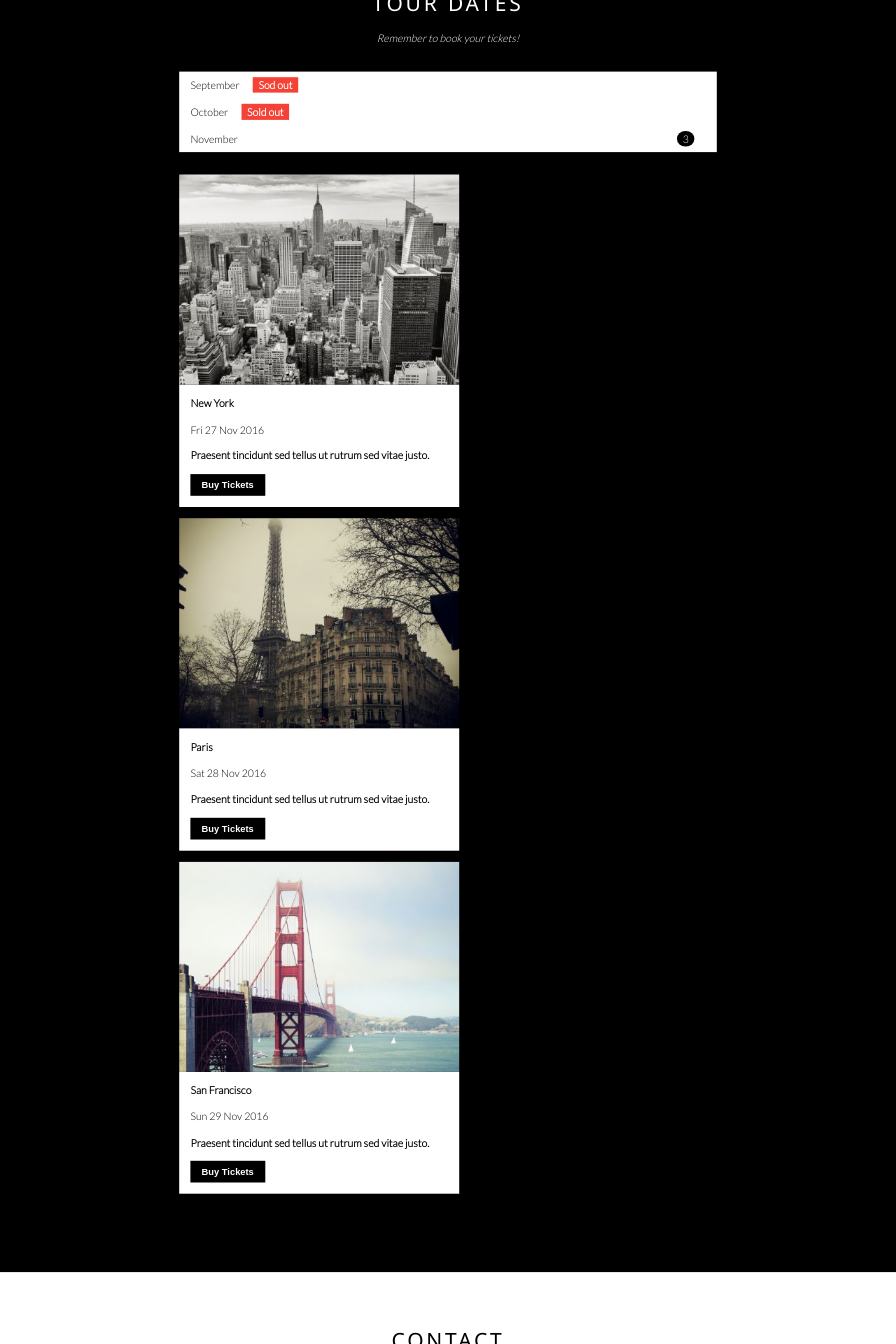
Repository: vanmanhAI/project-03-w3
Page: index.html
These files come from the project's save history. The page is drawn as it stood at one moment and after the next save; the edit follows.
The browser window is 1280 px wide. The pictures show the part of the page from y = 1455 to 3375 px (the page is 3509 px tall before and 2418 px after), at 70% of full size.
Some web libraries are served in a nearby version.

Above is the page before, as saved 2022-07-13 09:58:58.

### index.html
<!DOCTYPE html>
<html lang="en">
<head>
    <meta charset="UTF-8">
    <meta http-equiv="X-UA-Compatible" content="IE=edge">
    <meta name="viewport" content="width=device-width, initial-scale=1.0">
    <title>Document</title>
    <link rel="stylesheet" href="./assets/css/style.css">
    <!-- icons -->
    <link rel="stylesheet" href="https://cdnjs.cloudflare.com/ajax/libs/font-awesome/6.1.1/css/all.min.css" integrity="sha512-KfkfwYDsLkIlwQp6LFnl8zNdLGxu9YAA1QvwINks4PhcElQSvqcyVLLD9aMhXd13uQjoXtEKNosOWaZqXgel0g==" crossorigin="anonymous" referrerpolicy="no-referrer" />
    <!-- font -->
    <link rel="preconnect" href="https://fonts.googleapis.com">
<link rel="preconnect" href="https://fonts.gstatic.com" crossorigin>
<link href="https://fonts.googleapis.com/css2?family=Lato:wght@300&display=swap" rel="stylesheet">
</head>
<body>
    <div id="main">
        <div id="header">
            <ul id="nav">
                <li><a href="#">home</a></li>
                <li><a href="#content-band">band</a></li>
                <li><a href="#content-tour">tour</a></li>
                <li><a href="#">contact</a></li>
                <li>
                    <a href="#">
                        more
                        <i class="fa-solid fa-caret-down subnav-caret"></i>
                    </a>
                    <ul class="subnav">
                        <li><a href="#">merchandise</a></li>
                        <li><a href="#">extras</a></li>
                        <li><a href="#">media</a></li>
                    </ul>
                </li>
            </ul>
            <i class="fa-solid fa-magnifying-glass header-search"></i>
        </div>

        <div id="slider">
            <div class="slider-desc">
                <h3 class="slider-name">chicago</h3>
                <b class="slider-content">Thank you, Chicago - A night we won't forget.</b>
            </div>
        </div>

        <div id="content">
            <div class="content-section" id="content-band">
                <h3 class="section-heading" >the band</h3>
                <p class="section-sub-heading">We love music</p>
                <p class="about">We have created a fictional band website. Lorem ipsum dolor sit amet, consectetur adipiscing elit, sed do eiusmod tempor incididunt ut labore et dolore magna aliqua. Ut enim ad minim veniam, quis nostrud exercitation ullamco laboris nisi ut aliquip ex ea commodo consequat. Duis aute irure dolor in reprehenderit in voluptate velit esse cillum dolore eu fugiat nulla pariatur. Excepteur sint occaecat cupidatat non proident, sunt in culpa qui officia deserunt mollit anim id est laborum consectetur adipiscing elit, sed do eiusmod tempor incididunt ut labore et dolore magna aliqua. Ut enim ad minim veniam, quis nostrud exercitation ullamco laboris nisi ut aliquip ex ea commodo consequat.</p>
                <div class="members-list">
                    <div class="member-item">
                        <p class="member-name">name</p>
                        <img src="./assets/img/Band/member1.jpg" alt="name" class="member-img">
                    </div>
                    <div class="member-item">
                        <p class="member-name">name</p>
                        <img src="./assets/img/Band/member1.jpg" alt="name" class="member-img">
                    </div>
                    <div class="member-item">
                        <p class="member-name">name</p>
                        <img src="./assets/img/Band/member1.jpg" alt="name" class="member-img">
                    </div>
                </div>
            </div>
            <div class="tour-section">
                <div class="content-section" id="content-tour">
                    <h3 class="section-heading text-white">tour dates</h3>
                    <p class="section-sub-heading text-white">Remember to book your tickets!</p>
                    <br>
                    <ul class="tickets-list">
                        <li>September <span class="sold-out">Sod out</span></li>
                        <li>October <span class="sold-out">Sold out</span></li>
                        <li>November <span class="quantity">3</span></li>
                    </ul>
                    <div class="places-list row">
                        <div class="place-item col">
                            <img src="./assets/img/Places/newyork.jpg" alt="New York" class="place-img">
                            <div class="place-body">
                                <h4 class="place-heading">new york</h4>
                                <p class="place-time">Fri 27 Nov 2016</p>
                                <p class="place-desc">Praesent tincidunt sed tellus ut rutrum sed vitae justo.</p>
                                <button class="place-buy-btn js-buy-ticket">Buy Tickets</button>
                            </div>
                        </div>
                        <div class="place-item col">
                            <img src="./assets/img/Places/paris.jpg" alt="Paris" class="place-img">
                            <div class="place-body">
                                <h4 class="place-heading">paris</h4>
                                <p class="place-time">Sat 28 Nov 2016</p>
                                <p class="place-desc">Praesent tincidunt sed tellus ut rutrum sed vitae justo.</p>
                                <button class="place-buy-btn js-buy-ticket">Buy Tickets</button>
                            </div>
                        </div>
                        <div class="place-item col">
                            <img src="./assets/img/Places/sanfran.jpg" alt="San Francisco" class="place-img">
                            <div class="place-body">
                                <h4 class="place-heading">san francisco</h4>
                                <p class="place-time">Sun 29 Nov 2016</p>
                                <p class="place-desc">Praesent tincidunt sed tellus ut rutrum sed vitae justo.</p>
                                <button class="place-buy-btn js-buy-ticket">Buy Tickets</button>
                            </div>
                        </div>
                    </div>
                </div>
            </div>
            <div class="content-section">
                <h3 class="section-heading">contact</h3>
                <p class="section-sub-heading">Fan? Drop a note!</p>

            </div>
        </div>
        <div id="footer"></div>
    </div>
    <div class="modal js-modal">
        <div class="modal-container js-modal-container">
            <div class="modal-header">
                <button class="modal-close js-modal-close">✕</button>
                <h3 class="modal-heading">
                    <i class="fa-solid fa-suitcase modal-bag"></i>
                    Tickets
                </h3>
            </div>
            <div class="modal-body">
                <label for="ticket-quantity" class="modal-label">
                    <i class="fa-solid fa-cart-shopping modal-shopping"></i>
                    Tickets, $15 per person
                </label>
                <input type="text" name="" id="ticket-quantity" placeholder="How many?" class="modal-input">
                <label for="ticket-email" class="modal-label">
                    <i class="fa-solid fa-user modal-user"></i>
                    Send To
                </label>
                <input type="text" name="" id="ticket-email" placeholder="Enter email" class="modal-input">
                <button class="modal-btn-pay">
                    PAY
                    <i class="fa-solid fa-check modal-check"></i>
                </button>
                <button class="modal-btn-close js-modal-close">
                    Close
                    <i class="fa-solid fa-xmark modal-xmark"></i>
                </button>
                <p class="modal-assit">
                    Need
                    <a href="#" class="modal-help">help?</a>
                </p>
            </div>
        </div>
    </div>
    <script>
        const buyBtns = document.querySelectorAll('.js-buy-ticket')
        const modal = document.querySelector('.js-modal')
        const modalCloses = document.querySelectorAll('.js-modal-close')
        const modalContainer = document.querySelector('.js-modal-container')
        modal.addEventListener('click', closeModal)
        modalContainer.addEventListener('click', function (event) {
            event.stopPropagation()
        })
        function closeModal() {
            modal.classList.remove('open')
        }
        function showBuyTicKets() {
            modal.classList.add('open')
        }
        for(const modalClose of modalCloses) {
            modalClose.addEventListener('click', closeModal)
        }
        for(const buyBtn of buyBtns) {
            buyBtn.addEventListener('click',  showBuyTicKets)
        }
    </script>
</body>
</html>

### assets/css/style.css
* {
    padding: 0;
    margin: 0;
    box-sizing: border-box;
}
html {
    font-size: 62.5%;
}
:root {
    --lineheight-nav: 2.25rem;
    --padding-nav: 1.2rem;
}
/* common */
.text-white {
    color: #fff;
}
.row {
    margin-left: -1.6rem;
    margin-right: -1.6rem;
}
.col {
    float: left;
    padding-left: 0.8rem;
    padding-right: 0.8rem;
}
.col-third {
    width: calc(100%/3);
}
/* main */
#main {

}
#header {
    position: fixed;
    z-index: 1;
    top: 0;
    left: 0;
    right: 0;
    background: #000;
    font-size: 1.5rem;
    font-family: 'Lato', sans-serif;
    font-weight: bold;
    line-height: var(--lineheight-nav);
}
#header:after {
    content: "";
    display: block;
    clear: both;
}
#header .header-search {
    color: #fff;
    display: block;
    float: right;
    padding: var(--padding-nav) 2.4rem;
    line-height: var(--lineheight-nav);
    cursor: pointer;
}
#header .header-search:hover {
    background: #f44336
}
#header #nav>li {
    position: relative;
    text-align: center;
    cursor: pointer;
    float: left;
}
#header #nav>li>a {
    display: block;
    padding: var(--padding-nav) 2.4rem;
}
#header #nav>li:last-child:hover .subnav {
    width: 16rem;
}
#header #nav li:hover {
    background: #ccc;
}
#header #nav>li:hover>a {
    color: #000;
}
#nav li {
    list-style-type: none;
    position: relative;
}
#nav li .subnav-caret {
    text-transform: none;
    text-align: center;
}
#nav li a {
    color: #fff;
    text-decoration: none;
    text-transform: uppercase;
}
#nav .subnav {
    position: absolute;
    width: 0;
    overflow: hidden;
    top: 100%;
    left: 0;
    background: #fff;
    color: #000;
    box-shadow: 0 0 4px 0 #ccc;
    transition: width 0.3s linear;
}
#nav .subnav li {
    padding: 0.8rem 1.6rem;
    text-align: left;
    min-width: 16rem;
}
#nav .subnav li a {
    color: #000;
    text-transform: capitalize;
}
#slider {
    position: relative;
    margin-top: calc(var(--lineheight-nav) + 2*var(--padding-nav));
    background: #ccc;
    padding-top: 50%;
    max-height: 100vh;
    background: url('/assets/img/sliders/chicago.jpg') top/cover no-repeat
}
.slider-desc{
    position: absolute;
    bottom: 0;
    left: 50%;
    transform: translatex(-50%);
    color: #fff;
    padding: 3.2rem 1.6rem;
    text-align: center;
    font-size: 1.5rem;
    font-family: 'Lato', sans-serif;

}
.slider-name{
    text-transform: capitalize;
    font-size: 2.4rem;
    line-height: 3.6rem;
    margin: 1rem 0;
}
.slider-content{
    line-height: 1.5;
    font-size: 1.5rem;
}
#content {
    line-height: 1.5;
}
#content .content-section {
    max-width: 80rem;
    margin: 0 auto;
    padding: 6.4rem 1.6rem;
    font-size: 1.5rem;
    font-family: 'Lato', sans-serif;
}
#content .section-heading {
    font-size: 3rem;
    text-transform: uppercase;
    line-height: 4.5rem;
    margin: 1rem 0;
    text-align: center;
    letter-spacing: 0.4rem;
    font-family: "Segoe UI",Arial,sans-serif;
    font-weight: 400;
}
#content .section-sub-heading {
    text-align: center;
    font-style: italic;
    font-weight: 100;
    margin: 1.5rem 0;
}
#content .content-section .about {
    text-align: justify;
    font-weight: bold;
    margin: 1.5rem 0;
    word-spacing: 0.1rem;
}
#content .members-list {
    padding: 3.2rem 0;
    text-align: center;
}
#content .members-list:after {
    content: "";
    display: block;
    clear: both;
}
#content .member-item{
    float: left;
    width: calc(100%/3);
}
#content .members-list .member-name {
    margin: 1.5rem 0;
    text-transform: capitalize;
    font-weight: bold;
}
#content .members-list .member-img{
    width: 60%;
    border-radius: 0.4rem;
    margin: 0 0 1.6rem;
}
#content .tour-section {
    background: #000;
}
#content .tour-section .tickets-list {
    background: #fff;
    list-style-type: none;
}
#content .tickets-list li {
    padding: 0.8rem 1.6rem;
}
#content .tickets-list .sold-out {
    display: inline-block;
    padding: 0 0.8rem;
    color: #fff;
    background: #f44336;
    margin-left: 1.6rem;
    text-align: center;
    font-weight: bold;
}
#content .tickets-list .quantity {
    display: block;
    padding: 0 0.8rem;
    background: #000;
    color: #fff;
    border-radius: 50%;
    float: right;
    margin-right: 1.6rem;
}
#content .places-list {
    padding: 3.2rem 0.8rem;
}
#content .places-list:after {
    content: "";
    display: block;
    clear: both;
}
#content .places-list .place-item {
    padding-bottom: 1.6rem;
}
#content .places-list .place-img {
    width: 100%;
    vertical-align: middle;
}
#content .places-list .place-img:hover {
    opacity: 0.6;
}
#content .places-list .place-body{
    background: #fff;
    padding: 0.015rem 1.6rem;
}
#content .places-list .place-heading{
    margin: 1.5rem 0;
    text-transform: capitalize;
    font-weight: 700;
}
#content .places-list .place-time{
    margin: 1.5rem 0;
}
#content .places-list .place-desc{
    margin: 1.5rem 0;
    font-weight: bold;
}
#content .places-list .place-buy-btn{
    display: inline-block;
    padding: 0.8rem 1.6rem;
    border: none;
    background: #000;
    color: #fff;
    margin-bottom: 1.6rem;
    font-weight: bold;
}
#content .places-list .place-buy-btn:hover {
    background: #ccc;
    color: #000;
}
.modal {
    display: none;
    position: fixed;
    z-index: 3;
    top: 0;
    left: 0;
    right: 0;
    bottom: 0;
    background: rgba(0, 0, 0, 0.4);
    font-size: 1.5rem;
    font-family: "Segoe UI",Arial,sans-serif;
    line-height: 2.25rem;
    padding: 100px 16px;
}
.modal.open {
    display: block;
}
.modal .modal-container {
    position: relative;
    z-index: 2;
    box-shadow: 0 4px 10px rgba(0, 0, 0, 0.4);
    max-width: 900px;
    margin: auto;
}
.modal.open .modal-container {
    animation:  modalFadeIn 0.5s ease;
}
.modal .modal-container .modal-header {
    position: relative;
    color: #fff;
    background: #009688;
    text-align: center;
    padding: 3.2rem 1.6rem;
}
.modal .modal-header .modal-close {
    position: absolute;
    top: 0;
    right: 0;
    line-height: 3.6rem;
    padding: 0.8rem 1.6rem;
    font-size: 1.5rem;
    border: none;
    background: transparent;
}
.modal .modal-header .modal-close:hover {
    background: #ccc;
    color: #000;
}
.modal .modal-header .modal-heading {
    font-weight: 400;
    font-size: 3rem;
    line-height: 4.5rem;
    margin: 1rem 0;
    letter-spacing: 0.4rem;
}
.modal .modal-header .modal-bag{
    font-size: 2.7rem;
}
.modal .modal-container .modal-body {
    padding: 0.015rem 1.6rem;
    background: #fff;
}
.modal-container .modal-body:after {
    content: "";
    display: block;
    clear: both;
}
.modal .modal-body .modal-label {
    display: block;
    margin: 1.5rem 0;
}
.modal .modal-body .modal-input {
    display: block;
    width: 100%;
    border: 1px solid #ccc;
    padding: 8px;
    font-family: "Segoe UI",Arial,sans-serif;
    font-size: 1.5rem;
    line-height: 2.25rem;
}
.modal .modal-container .modal-btn-pay {
    display: block;
    width: 100%;
    border: none;
    margin: 1.6rem 0;
    padding: 1.6rem;
    background: #009688;
    color: #fff;
    text-align: center;
}
.modal .modal-container .modal-btn-pay:hover {
    background: #ccc;
    color: #000;
}
.modal .modal-container .modal-btn-close {
    border: none;
    margin: 1.6rem 0;
    padding: 0.8rem 1.6rem;
    float: left;
    background: #f44336;
    color: #fff;
    font-weight: bold;
    font-family: "Segoe UI",Arial,sans-serif;
    font-size: 1.5rem;
    line-height: 2.25rem;
}
.modal-container .modal-btn-close:hover {
    background: #ccc;
    color: #000;
}
.modal .modal-container .modal-assit {
    float: right;
    margin: 1.5rem 0;
}
.modal-container .modal-assit .modal-help {
    color: #2196f3;
    font-family: "Segoe UI",Arial,sans-serif;
}
@keyframes modalFadeIn {
    from {
        transform: translateY(-125%);
        opacity: 0;
    }
    to {
        transform: translateY(0);
        opacity: 1;
    }
}
.footer {

}

After the next save:
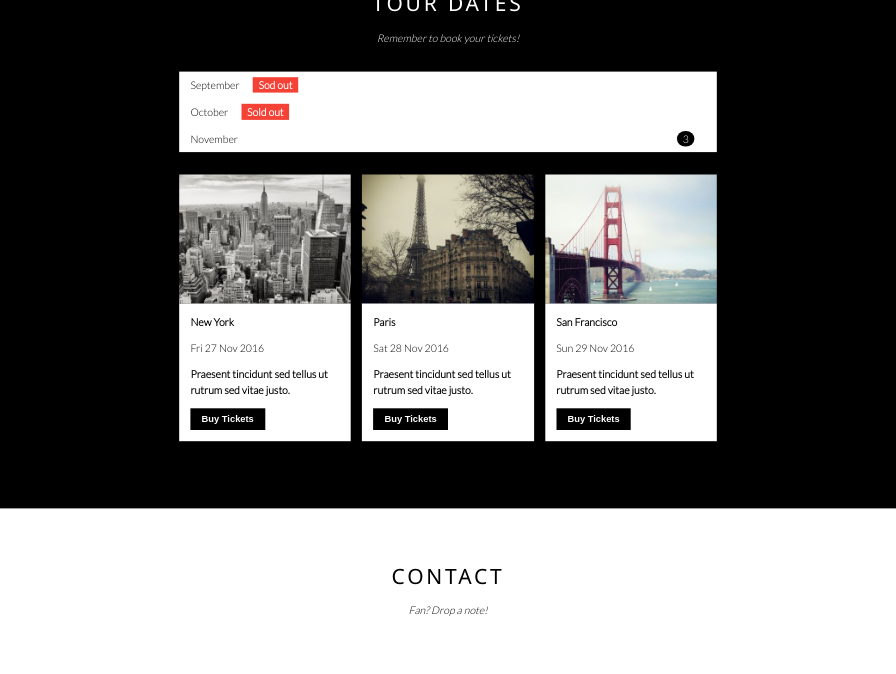
Saved 18 s later.
--- a/index.html
+++ b/index.html
@@ -74,7 +74,7 @@
                         <li>November <span class="quantity">3</span></li>
                     </ul>
                     <div class="places-list row">
-                        <div class="place-item col">
+                        <div class="col-third col">
                             <img src="./assets/img/Places/newyork.jpg" alt="New York" class="place-img">
                             <div class="place-body">
                                 <h4 class="place-heading">new york</h4>
@@ -83,7 +83,7 @@
                                 <button class="place-buy-btn js-buy-ticket">Buy Tickets</button>
                             </div>
                         </div>
-                        <div class="place-item col">
+                        <div class="col-third col">
                             <img src="./assets/img/Places/paris.jpg" alt="Paris" class="place-img">
                             <div class="place-body">
                                 <h4 class="place-heading">paris</h4>
@@ -92,7 +92,7 @@
                                 <button class="place-buy-btn js-buy-ticket">Buy Tickets</button>
                             </div>
                         </div>
-                        <div class="place-item col">
+                        <div class="col-third col">
                             <img src="./assets/img/Places/sanfran.jpg" alt="San Francisco" class="place-img">
                             <div class="place-body">
                                 <h4 class="place-heading">san francisco</h4>
